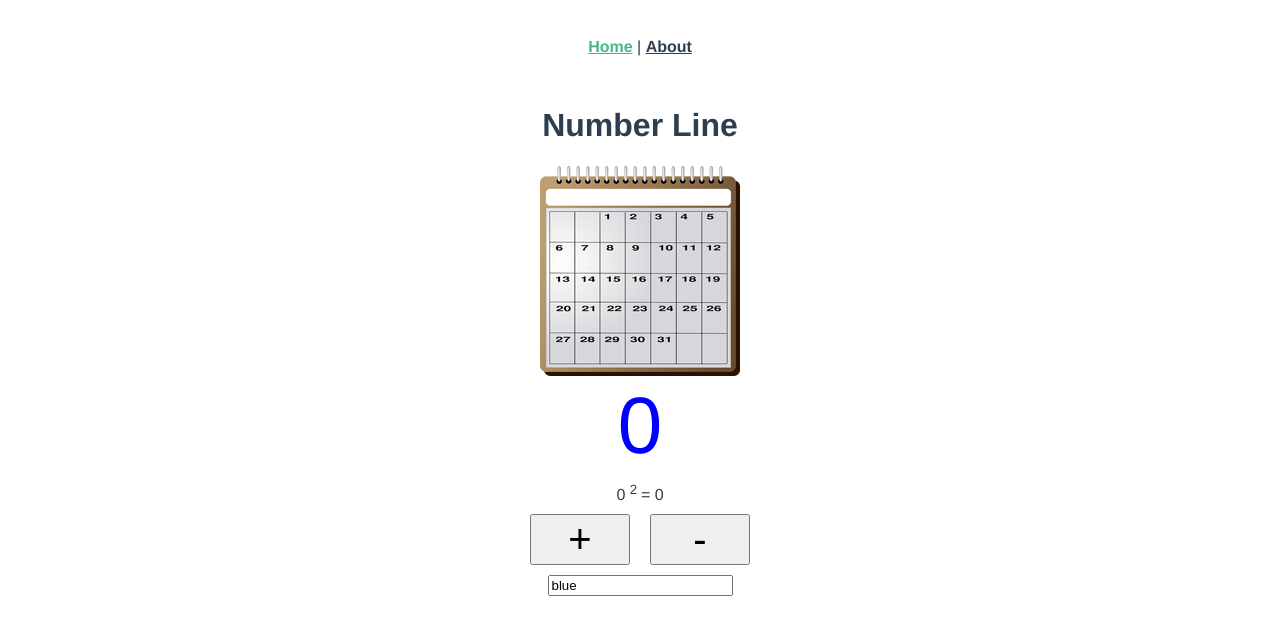
Repository: collegedude9300/numberline
Page: /
These files come from the project's save history. The page is drawn as it stood at one moment and after the next save; the edit follows.
The browser window is 1280 px wide. The pictures show the whole page.
The project was rebuilt for these pictures with package versions that can differ from the ones it lists, and the page was loaded fresh each time. Also part of the build but not shown: vue.config.js.

Above is the page before, as saved 2023-07-05 13:07:54.

After the next save:
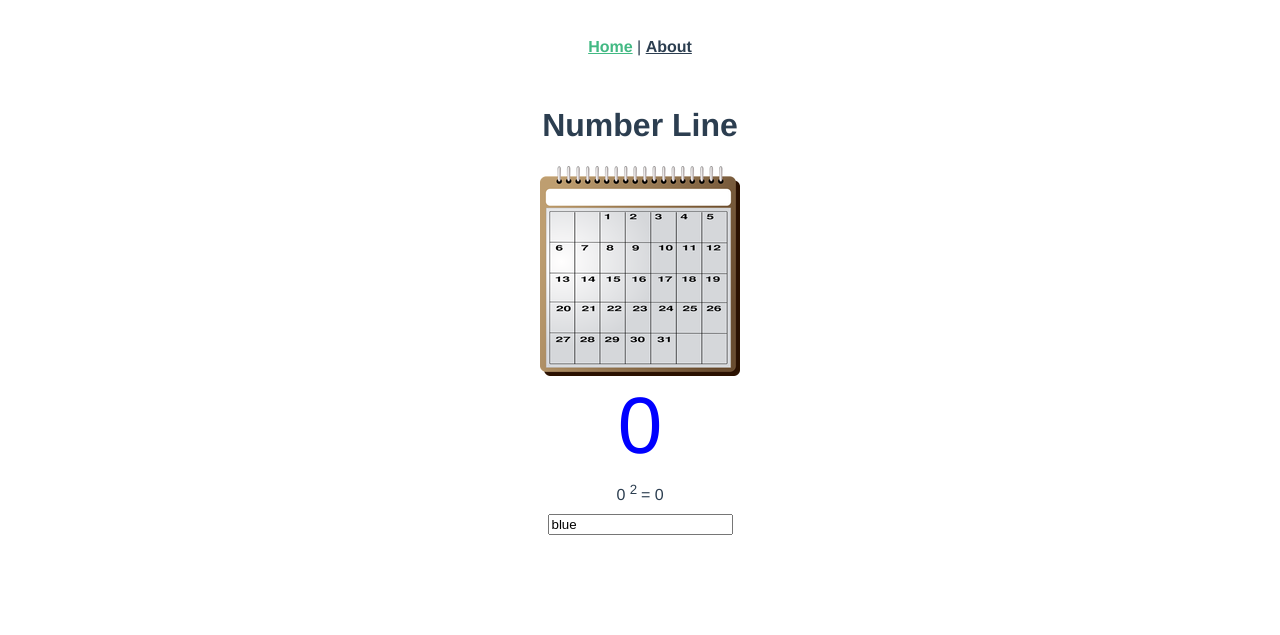
Saved 59 s later.
--- a/src/views/HomeView.vue
+++ b/src/views/HomeView.vue
@@ -4,10 +4,7 @@
     <img alt="Vue logo" src="../assets/schedule.png">
       <counter />
       <counter-squared />
-     <div class="buttons">
-      <button @click ="$store.dispatch('increaseCounter')">+</button>
-      <button @click="$store.dispatch('decreaseCounter')">-</button>
-      </div>
+      <buttons />
       <div>
           <input
               v-model="colorCode"

After the save that followed:
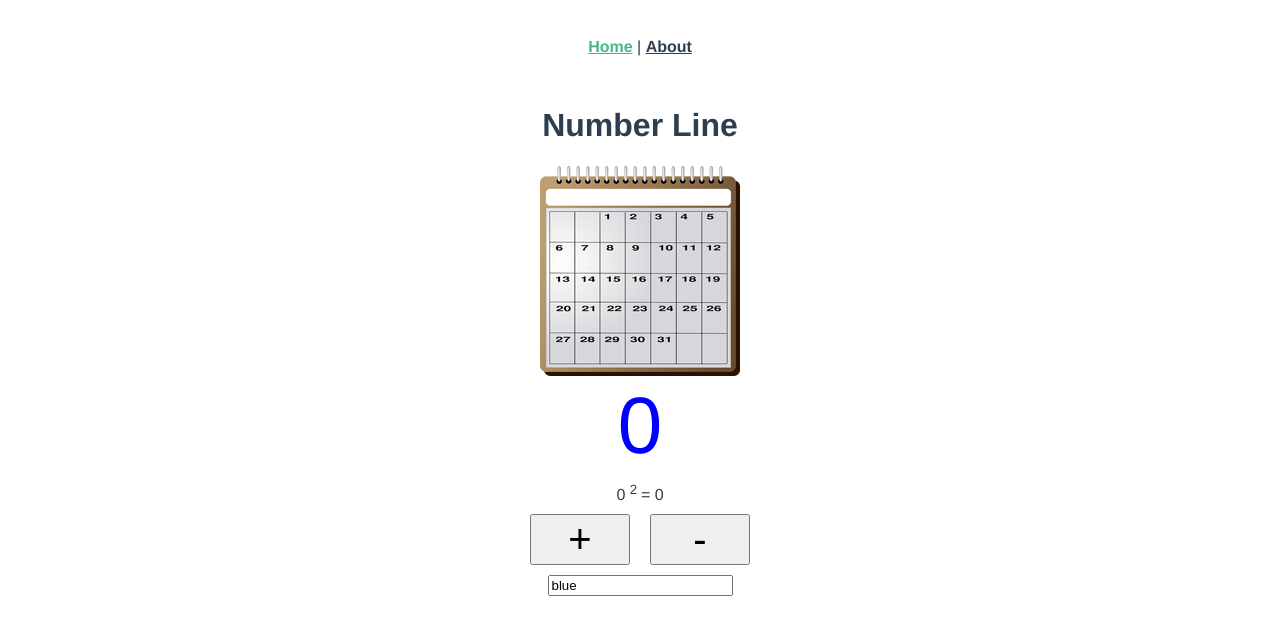
Saved 20 s later.
--- a/src/views/HomeView.vue
+++ b/src/views/HomeView.vue
@@ -34,7 +34,8 @@
   },
   components:{
     'counter': require('@/components/Counter.vue').default,
-    'counter-squared': require('@/components/CounterSquared.vue').default
+    'counter-squared': require('@/components/CounterSquared.vue').default,
+    'buttons': require('@/components/Buttons.vue').default
   }
 }
 </script>
